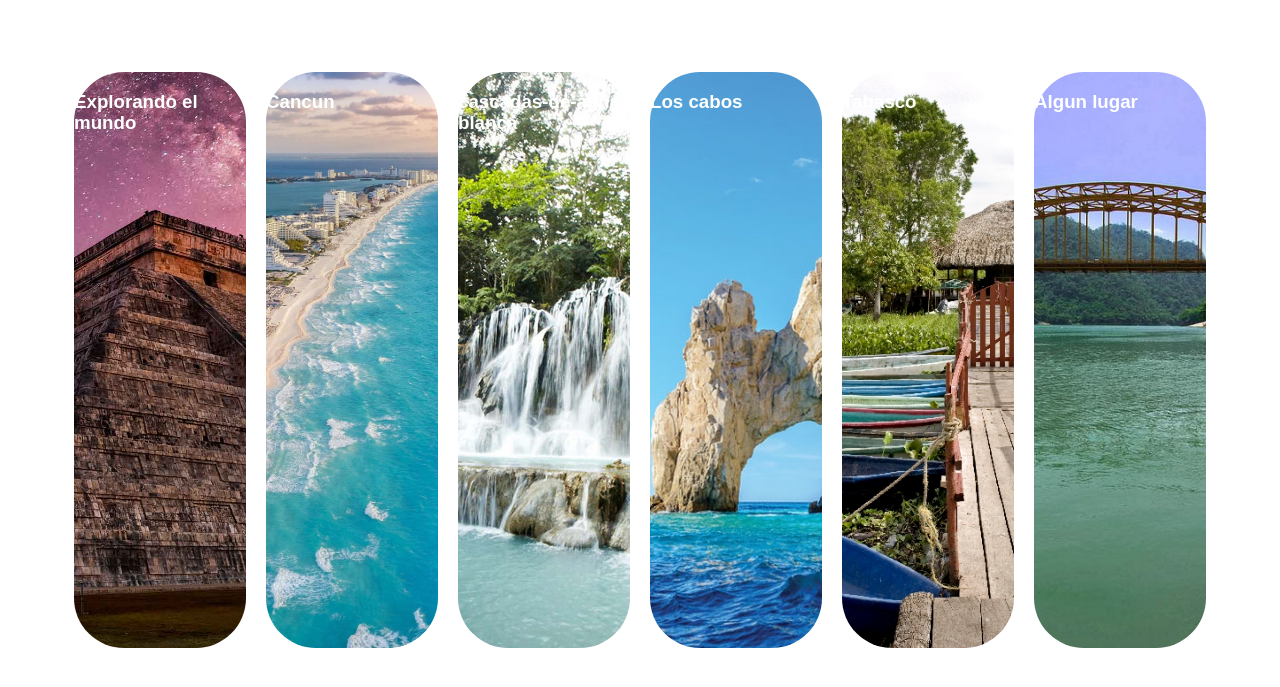
Repository: ElideZavala/Tarjetas-de-Imagenes
Page: index.html
An editor plug-in stored every save of this project. The page is shown before and after the next save, followed by the edit.
The browser window is 1280 px wide. The pictures show the whole page.
Some web fonts or font styles are not loaded; a fallback is used.

Above is the page before, as saved 2021-05-27 09:27:28.
Not found: script.js

### index.html
<!DOCTYPE html>
<html lang="es">
<head>
	<meta charset="UTF-8">
	<meta http-equiv="X-UA-Compatible" content="IE=edge">
	<meta name="viewport" content="width=device-width, initial-scale=1.0">
	<!-- <link rel="stylesheet" href="https://cdnjs.cloudflare.com/ajax/libs/font-awesome/5.15.3/css/all.min.css" integrity="sha512-iBBXm8fW90+nuLcSKlbmrPcLa0OT92xO1BIsZ+ywDWZCvqsWgccV3gFoRBv0z+8dLJgyAHIhR35VZc2oM/gI1w==" crossorigin="anonymous" referrerpolicy="no-referrer" /> -->
	<title>Fotos e Imagenes</title>
	<link rel="stylesheet" href="normalize.css">
	<link rel="stylesheet" href="./style.css">
</head>
<body>
	<div class="container">
		<div class="panel active" style="background-image: url(./assets/imagenes/piramide\ maya.jpg);">
			<h3>Explorando el mundo</h3>
		</div>
		<div class="panel" style="background-image: url(./assets/imagenes/cancun.jpg);">
			<h3>Cancun</h3>
		</div>
		<div class="panel" style="background-image: url(./assets/imagenes/cascadas-de-agua-blanca.jpg);">
			<h3>cascadas-de-agua-blanca</h3>
		</div>
		<div class="panel" style="background-image: url(./assets/imagenes/los-cabos.jpg);">
			<h3>Los cabos</h3>
		</div>
		<div class="panel" style="background-image: url(./assets/imagenes/TabascoHome3_960x651.jpg);">
			<h3>Tabasco</h3>
		</div>
		<div class="panel" style="background-image: url(./assets/imagenes/750b9860b1989270fb537fbceb1adcf2.jpg);">
			<h3>Algun lugar</h3>
		</div>

	</div>

	<script src="script.js"></script>
</body>
</html>

### style.css
@import url('https://fonts.googleapis.com/css?family=Muli&display=swap');

* {
	box-sizing: border-box;
}

body {
	font-family: 'Muli', sans-serif;
	display: flex;
	flex-direction: column;
	align-items: center;
	justify-content: center;
	height: 100vh;
	overflow: hidden;
	margin: 0;
}

.container {
	display: flex;
	width: 90vw;
}

.panel {
	background-size: cover;
	background-position: center;
	background-repeat: no-repeat;
	height: 80vh;
	border-radius: 50px;
	color: #fff;
	cursor: pointer;
	flex: 0.5;
	margin: 10px;
	position: relative;
	transition: flex 0.7s ease-in;
}

Loaded but not shown: normalize.css (library)

After the next save:
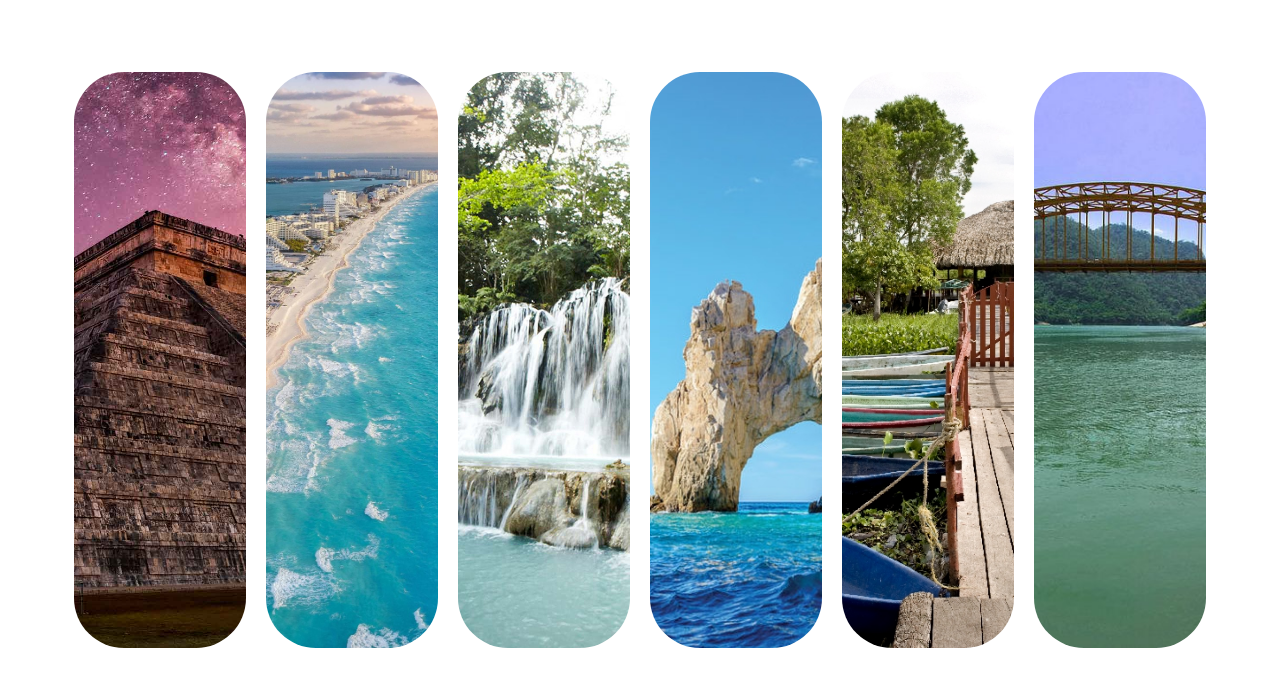
Saved 8 min 42 s later.
--- a/style.css
+++ b/style.css
@@ -33,3 +33,12 @@ body {
 	position: relative;
 	transition: flex 0.7s ease-in;
 }
+
+.panel h3 {
+	font-size: 24px;
+	position: absolute;
+	bottom: 20px;
+	left: 20px;
+	margin: 0;
+	opacity: 0;
+}
